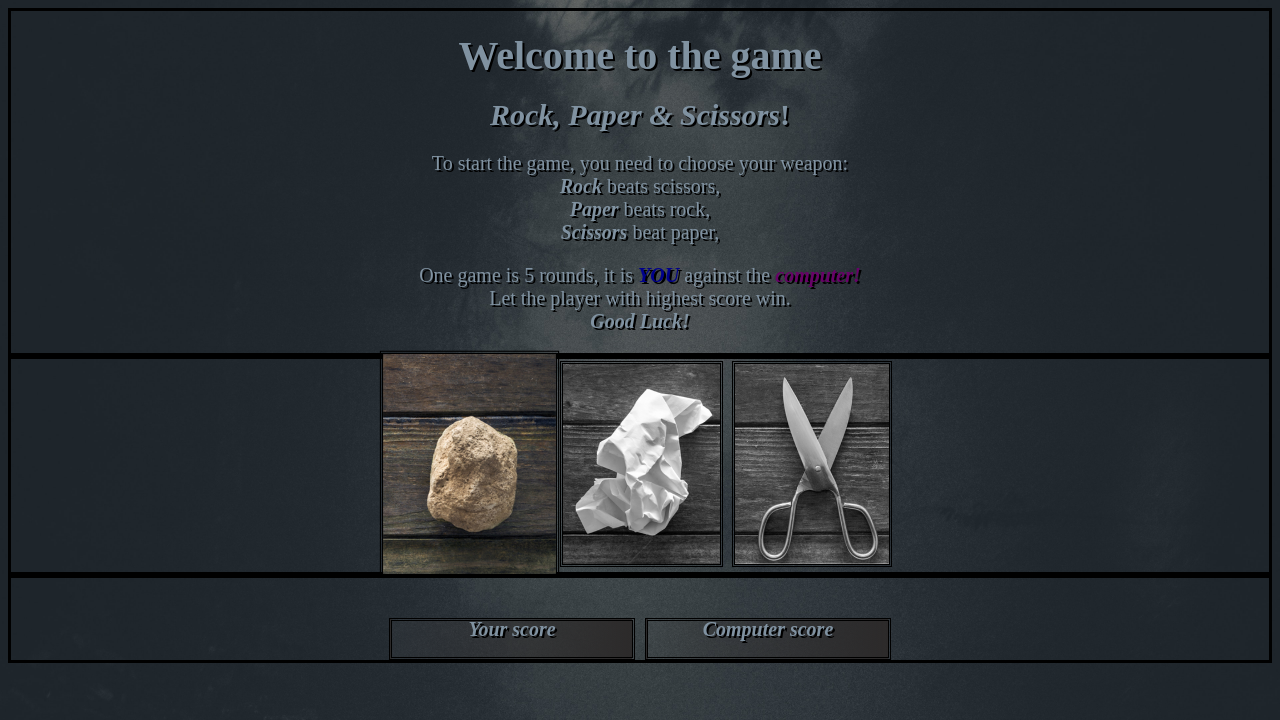
Repository: agneta1991/rock-paper-scissors
Page: Desktop/coding/index.html
These files come from the project's save history. The page is drawn as it stood at one moment and after the next save; the edit follows.
The browser window is 1280 px wide. The pictures show the whole page.
The pointer rests on the first visible `img`.

Above is the page before, as saved 2023-03-03 08:25:20.

### Desktop/coding/index.html
<!DOCTYPE html>
<html lang="en">
<head>
    <meta charset="UTF-8">
    <title>Rock Paper Scissors</title>
    <link rel="styleSheet" href='styles.css'>
</head>
<body>
    <script src="javascript.js" defer></script>
    <div class="container1">
        <div class="title">
            <h1>Welcome to the game </h1>
            <h2><span>Rock, Paper & Scissors</span>!</h2>
            <p>To start the game, you need to choose your weapon:<br>
            <span>Rock</span> beats scissors, <br>
            <span>Paper</span> beats rock, <br>
            <span>Scissors</span> beat paper,</p>
            <p>One game is 5 rounds, it is <span style="color: darkblue">YOU</span> against the <span style="color: rgb(104, 2, 104)">computer!</span><br>
            Let the player with highest score win.<br>
        <span>Good Luck!</span></p>
        </div>
    </div>
    <div class ="container2">
        <div class="options">
            <button class="rock"> <img src='images/rock.png'></button>
            <button class="paper"><img src='images/paper.png'></button>
            <button class="scissors"><img src='images/scissors.png'></button>
        </div>
    </div>
    <div class="container3">
        <div id="displayed"></div>
        <div class="score">
            <div class="playerScore"><span>Your score<span></span>
            <p class="displayedPlayerScore"></p></div>
            <div class="computerScore"><span>Computer score<span></span>
            <p class="displayedComputerScore"></p></div></div>
        </div>
    </div>
</body>
</html>

### Desktop/coding/styles.css
body{
    background-image: url('images/background.jpg');
    background-size:100%;
}
h1, h2{
    line-height: 90%;
}

.container1, .container2, .container3{
    border: solid black;
    color: rgb(128, 146, 161);
    text-shadow: 2px 2px black;
    font-size: 20px;
}
span{
    font-weight: bold;
    font-style: italic;
}
.container1{
    display: flex;
    justify-content: center;
    text-align: center;
}


img{
    width: auto ;
    height: 200px ;
    border-style: double;
}

.container2 {
    display: flex;
    justify-content: center;
    gap: 8px;
}
button{
    background-color: transparent;
    padding: 0%;
    border-color: transparent;
}


img {
    -webkit-filter:
    grayscale(100%);
    filter:grayscale(100%);
    -webkit-transition: .2s
    ease-in-out;
    transition: .2s ease-in-out;
}

img:hover {
    -webkit-filter:grayscale(0);
    filter:grayscale(0);
    transform: scale(1.1);
}

.playerScore, .computerScore {
    line-height: 80%;
    border: black;
    width: 240px;
    border-style: double;
    background-image: linear-gradient(to right, rgba(156, 146, 146, 0.055),rgb(44, 42, 42) );
}

.score{
    display: flex;
    justify-content: center;
    text-align: center;
    gap: 10px;

}

#displayed{
    padding: 20px;
    display: flex;
    justify-content: center;
    text-align: center;
}

Loaded but not shown: Desktop/coding/javascript.js (no copy from this time; the picture is the same without it)

After the next save:
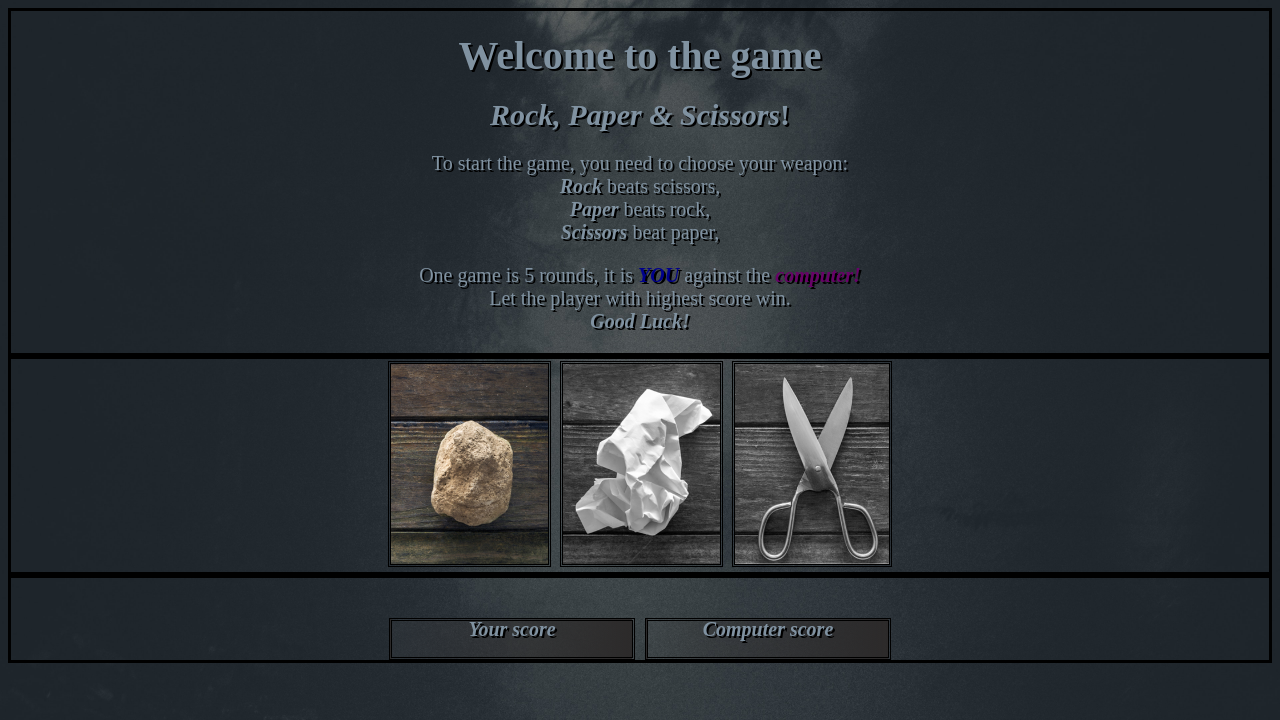
Saved 9 min 39 s later.
--- a/Desktop/coding/styles.css
+++ b/Desktop/coding/styles.css
@@ -53,7 +53,7 @@ img {
 img:hover {
     -webkit-filter:grayscale(0);
     filter:grayscale(0);
-    transform: scale(1.1);
+
 }
 
 .playerScore, .computerScore {
